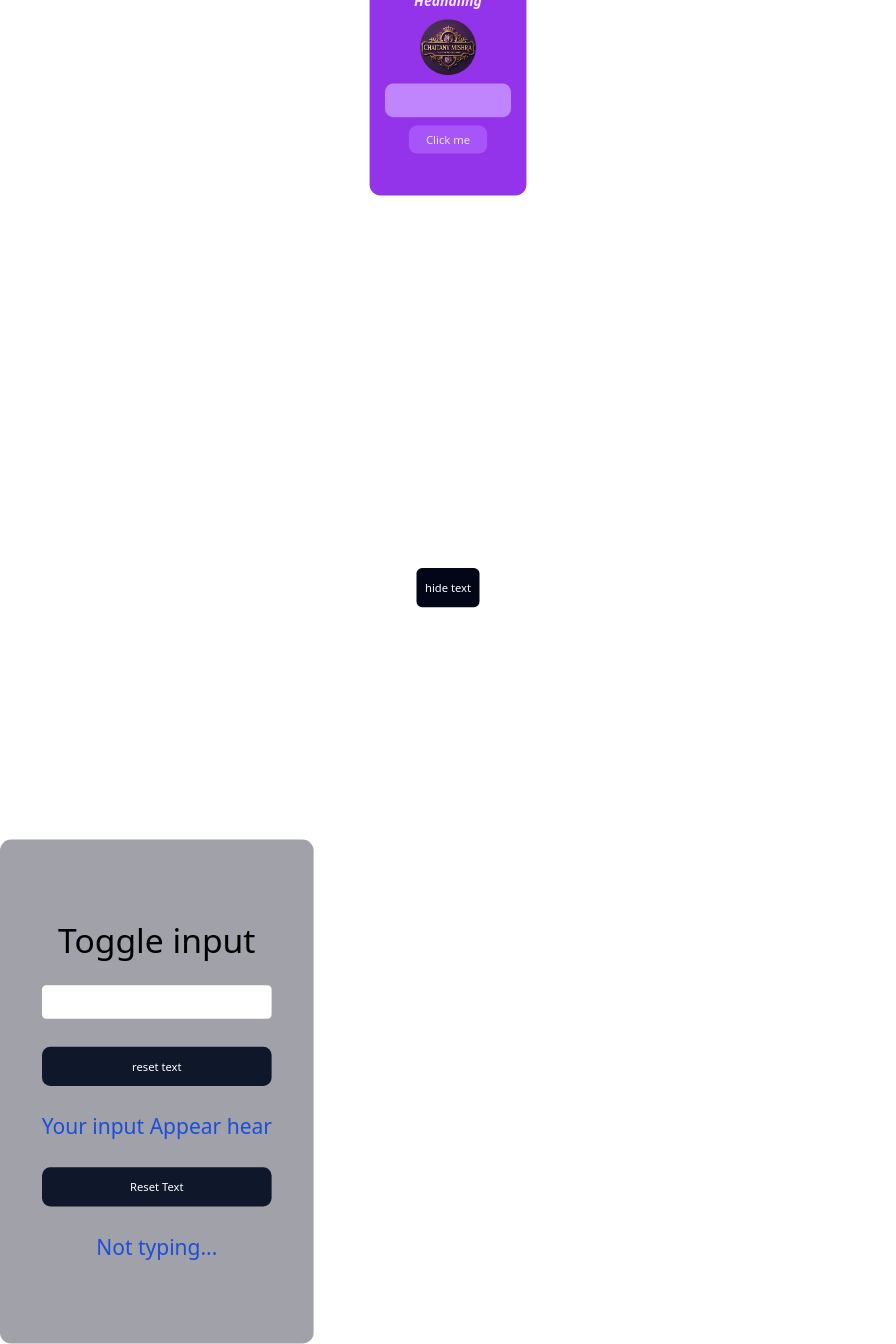
Repository: ChaitanyMishra/react-daily-work
Page: / (app in praticeForReact/revise-react/)
An editor plug-in stored every save of this project. The page is shown before and after the next save, followed by the edit.
The browser window is 1280 px wide. The pictures show the part of the page from y = 828 to 2748 px (the page is 2748 px tall), at 70% of full size.
The project was rebuilt for these pictures with package versions that can differ from the ones it lists, and the page was loaded fresh each time. Also part of the build but not shown: praticeForReact/revise-react/vite.config.js.

Above is the page before, as saved 2025-07-03 20:46:10.

### praticeForReact/revise-react/src/App.jsx
import './index.css';
import Info from './components/Info';
import Counter from './components/Counter';
import Card from './components/Card';
import ToggleText from './components/toggleText';
import { createContext, useState } from 'react';
import ToggleInput from './components/toggleInput';

const ThemeContext = createContext();

function App() {
  const [theme, setTheme] = useState('light');

  return (
    <ThemeContext.Provider value={{ theme, setTheme }}>
      <div className='h-screen w-full bg-stone-200'>
        <h1 className='text-center text-purple-600 font-extrabold font-serif text-3xl py-3 italic'>
          React Revision
        </h1>

        <div className='flex flex-col h-auto min-h-64 bg-slate-500 w-56 items-center justify-center m-auto text-white text-xl'>
          <Info name='Chaitany' roll='Web Developer' location='India' />
        </div>

        <div>
          <h1 className='text-center text-purple-600 font-extrabold font-serif text-3xl py-5 italic'>
            Learn About useState
          </h1>
          <Counter />
        </div>
        <Card name='Chetan' />
        <ToggleText />
        <ToggleInput />
      </div>
    </ThemeContext.Provider>
  );
}

export { ThemeContext };
export default App;

### praticeForReact/revise-react/src/components/Info.jsx
export default function Info(props){
    return(
        <div>
        <h2>Name : {props.name}</h2>
        <h3>role : {props.roll}</h3>
        <h4> Location : {props.location}</h4>
        </div>
    )

}

### praticeForReact/revise-react/src/components/Counter.jsx
import { useContext, useState } from "react";
import { ThemeContext } from "../App";

export default function Counter() {
  const { theme, setTheme } = useContext(ThemeContext);
  const [counter, setCounter] = useState(0);
  const [message, setMessage] = useState("");

  const handleIncrement = () => {
    if (counter < 20) {
      setCounter((prev) => prev + 1);
      setMessage("");
    } else {
      setMessage("Value can't go above 20");
    }
  };

  const handleDecrement = () => {
    if (counter > 0) {
      setCounter((prev) => prev - 1);
      setMessage("");
    } else {
      setMessage("Value can't go below 0");
    }
  };

  const reset = () => {
    setCounter(0);
    setMessage("");
  };

  return (
    <div
      className={`flex flex-col items-center ${
        theme === "light" ? "bg-slate-200" : "bg-slate-800"
      } px-6 py-6 rounded-lg shadow-lg space-y-4`}
    >
      <div>
        <button
          className="bg-white hover:bg-blue-200 text-black font-bold px-4 py-2 rounded"
          onClick={() =>
            setTheme(theme === "light" ? "dark" : "light")
          }
        >
          Theme: {theme}
        </button>
      </div>

      <h2 className="text-white text-3xl font-bold">{counter}</h2>

      <div className="flex space-x-4">
        <button
          className="bg-green-500 hover:bg-green-600 text-white font-bold px-4 py-2 rounded"
          onClick={handleIncrement}
        >
          +
        </button>
        <button
          className="bg-red-500 hover:bg-red-600 text-white font-bold px-4 py-2 rounded"
          onClick={handleDecrement}
        >
          -
        </button>
        <button
          className="bg-yellow-500 hover:bg-yellow-600 text-white font-bold px-4 py-2 rounded"
          onClick={reset}
        >
          Reset
        </button>
      </div>

      {message && (
        <span className="text-yellow-300 font-semibold text-sm italic">
          {message}
        </span>
      )}
    </div>
  );
}

### praticeForReact/revise-react/src/components/Card.jsx
import { useState } from "react"
import logo from "../assets/Logo.jpg"

const Card = () =>{
    const [name , setName] = useState("")
    const [msg  , setMsg] = useState("")
    const handleButton = () => {
        if(name.trim() === ""){
            setName("")
        }else{
            setMsg(`Hello ${name}`)
        }

    }
   return(

    <div className="flex h-screen w-auto justify-center items-center">

    <div className=" absolute flex flex-col h-[20rem] w-[14rem] bg-purple-600 m-auto my-14 rounded-2xl">
        <h3 className=" text-center text-purple-100 font-extrabold italic text-xl">Learn About Event Heandling</h3>
        <img src={logo} alt="Chaitany Logo" className="relative top-0 left-0 h-20 w-20 rounded-full mx-auto my-3 object-cover focus:none" />
        <input type="text" className=" bg-purple-400 px-3 py-3 rounded-xl w-[14vw] mx-auto text-purple-100" id="inputBox" onChange={(e) => setName(e.target.value)} value={name} />
        <button className="bg-purple-500 text-blue-100 px-3 py-2 w-28 rounded-xl mx-auto my-3 hover:bg-purple-900 hover:scale-105 duration-300 " onClick={handleButton}>Click me </button>
       {
        msg && (
            <p className="mt-4 text-white font-semibold text-center text-xl px-3 my-3">Hello {name}! nice to meet you!</p>
        )
       }
    </div>
    </div>
   )

}

export default Card

### praticeForReact/revise-react/src/components/toggleText.jsx
import React from 'react'
import { useState } from 'react'

function ToggleText() {
    const [show , setShow]  = useState(false);
  return (
    <div className='flex flex-col items-center justify-center h-screen w-screen'>
      <p >{show ? "After useState" : ""}</p>
      <button className='px-3 py-4 rounded-lg bg-slate-950 text-white text-center my-5' onClick={() => setShow(!show)} > {show  ? "show text" : "hide text"}</button>
    </div>
  )
}

export default ToggleText

### praticeForReact/revise-react/src/components/toggleInput.jsx
import React, { use } from 'react'
import { useState , useEffect } from 'react'

function ToggleInput() {
    const [buttonState , setButtonState] = useState(false)
    const [input , setInput] = useState("")
    const [typing , setTypingStatus] = useState("")
    useEffect(() => {

      setTypingStatus("Typing...")
      const timer = setTimeout(()=>{
        setTypingStatus("Not typing...")
      },2000)

    return () => clearTimeout(timer)


    } , [input])
  return (
    <div className='flex flex-col bg-zinc-400 h-screen  rounded-2xl items-center justify-center max-w-md '>
      <div className='flex flex-col gap-10'>
        <h1 className='text-5xl text-center'>Toggle input</h1>
            <input type="text" className='px-4 py-3 rounded-md placeholder:enter text'  onChange={(e) => setInput(e.target.value)} />
            <button className='px-3 py-4 rounded-xl bg-slate-900 text-white' onClick={() => setButtonState(!buttonState)}>{buttonState ? "click me" : "reset text"}</button>
            <p className=' text-3xl text-center text-blue-700' id='pera'>Your input Appear hear {input} </p>
            <button  className='px-3 py-4 rounded-xl bg-slate-900 text-white' onClick={() => setInput("")}>Reset Text</button>
            <p className=' text-3xl text-center text-blue-700' >{typing}</p>
      </div>
    </div>
  )
}

export default ToggleInput

Loaded but not shown: praticeForReact/revise-react/index.html (common file); praticeForReact/revise-react/src/main.jsx (common file); praticeForReact/revise-react/src/index.css (common file); praticeForReact/revise-react/tailwind.config.js (common file)

After the next save:
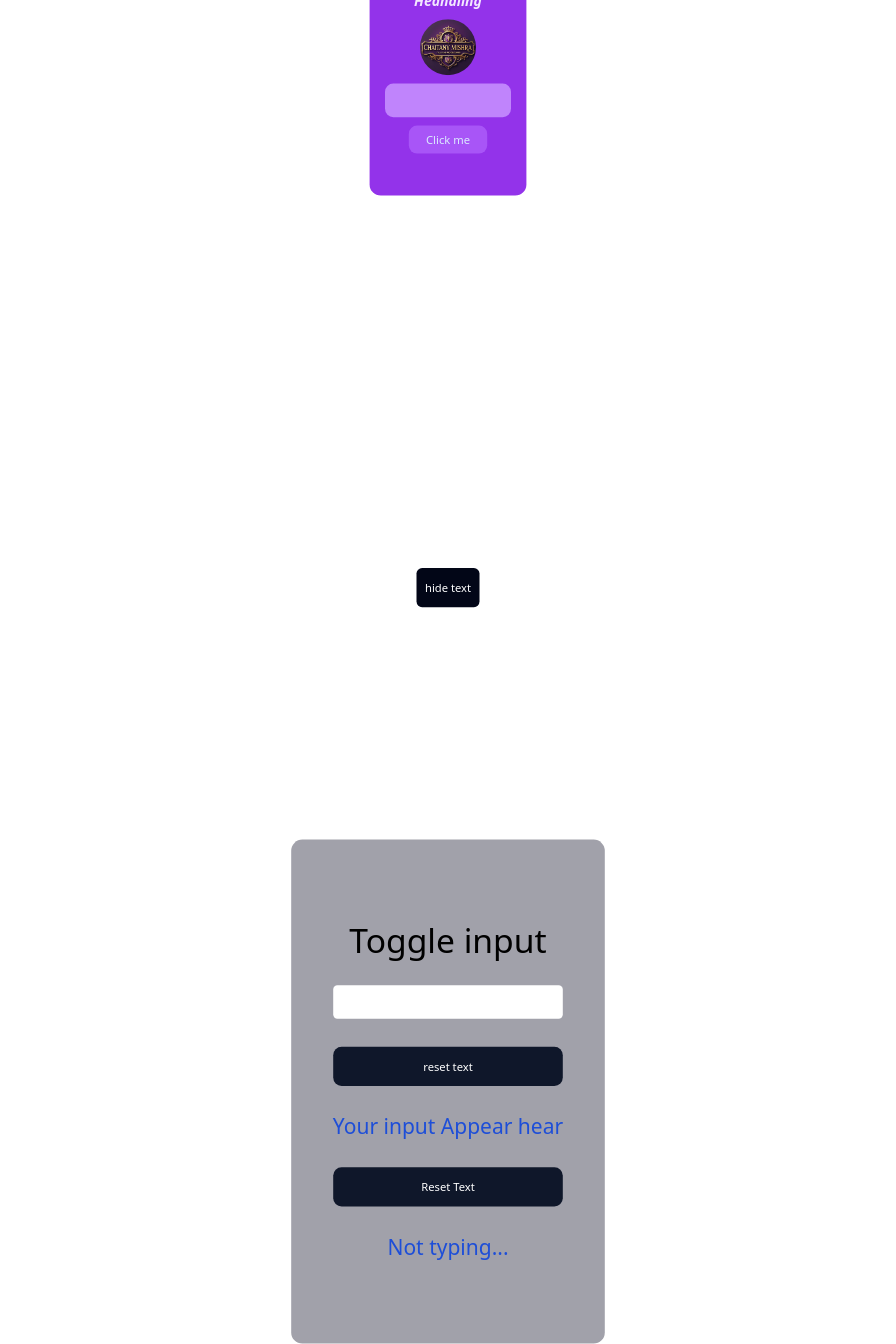
Saved 8 s later.
--- a/praticeForReact/revise-react/src/components/toggleInput.jsx
+++ b/praticeForReact/revise-react/src/components/toggleInput.jsx
@@ -17,7 +17,7 @@ function ToggleInput() {
 
     } , [input])
   return (
-    <div className='flex flex-col bg-zinc-400 h-screen  rounded-2xl items-center justify-center max-w-md '>
+    <div className='flex flex-col bg-zinc-400 h-screen  mx-auto rounded-2xl items-center justify-center max-w-md '>
       <div className='flex flex-col gap-10'>
         <h1 className='text-5xl text-center'>Toggle input</h1>
             <input type="text" className='px-4 py-3 rounded-md placeholder:enter text'  onChange={(e) => setInput(e.target.value)} />
